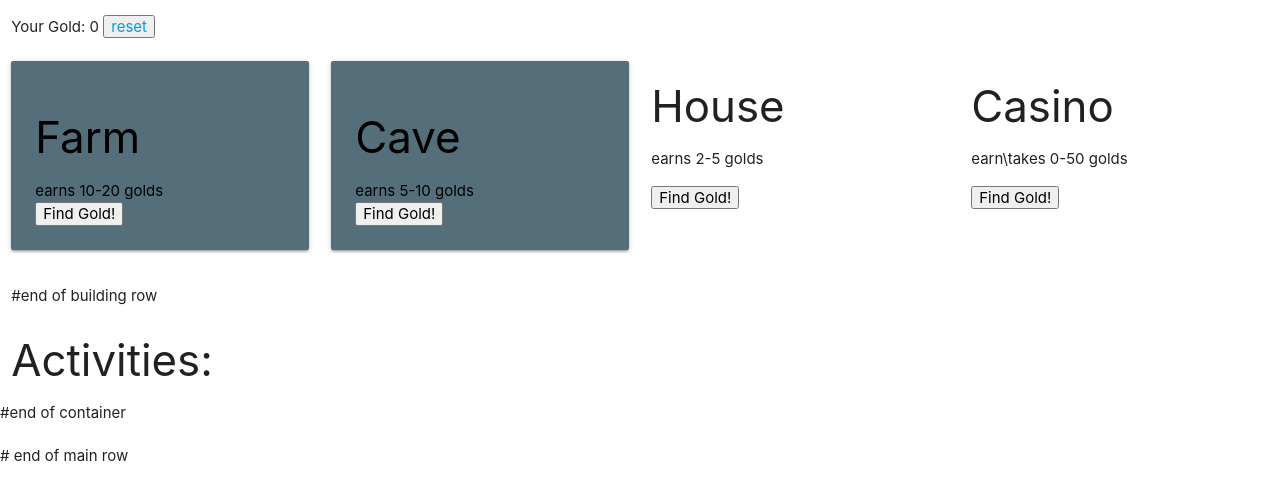
Repository: bvnger/Ninja_gold_flask
Page: http://localhost/
The author's editor kept a copy of each file at every save. The page is drawn from the files as they stood at one save, then again after the next save.
The browser window is 1280 px wide. The pictures show the whole page.
The page is served by the project's application, run on Flask 3 (server.py).

Above is the page before, as saved 2019-11-04 14:26:50.

After the next save:
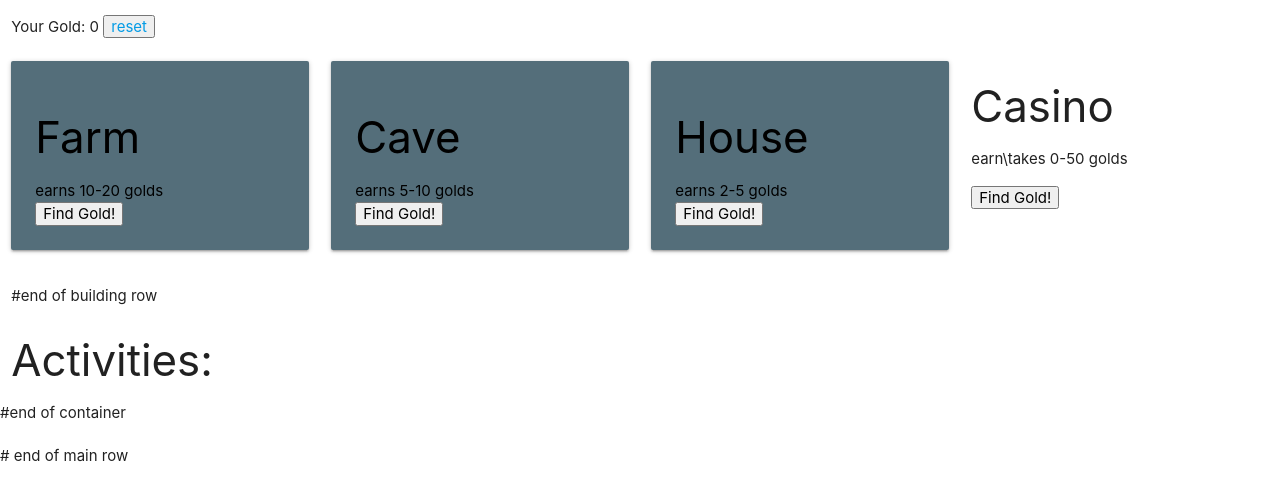
Saved 27 s later.
--- a/templates/index.html
+++ b/templates/index.html
@@ -44,11 +44,15 @@
 </div>
 </div><!--end of cave-->
 <form class="col s3" action="/process" method="POST">
+    <div class="card blue-grey darken-1">
+    <div class ="card-content black-text">
     <h3>House</h3>
     <p>earns 2-5 golds</p>
     <input type="hidden" name="building"  value="house"></input>
     <button type="submit">Find Gold!</button>
 </form>
+</div>
+</div> <!--end of house-->
 <form class="col s3" action="/process" method="POST">
     <h3>Casino</h3>
     <p>earn\takes 0-50 golds</p>
